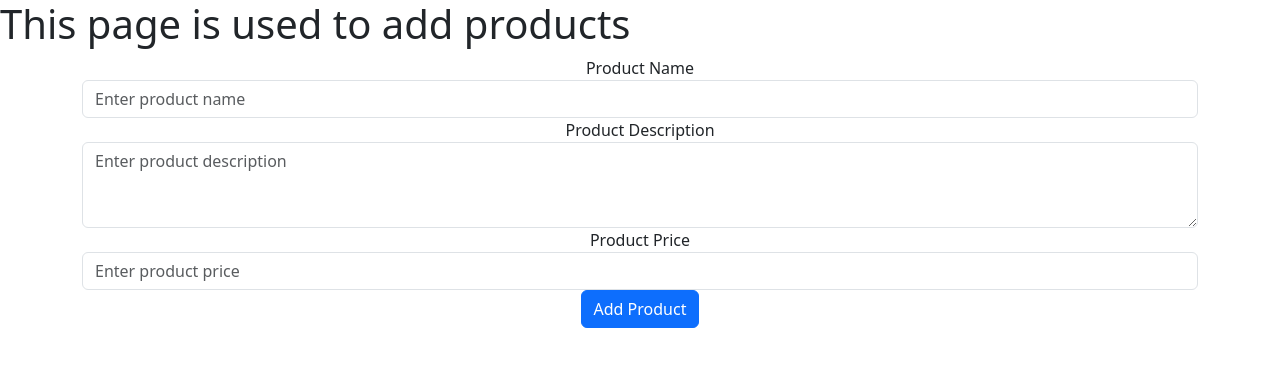
Repository: Rahulpanchal16/springMVCcrud
Page: http://localhost/SpringCRUDproject/WEB-INF/views/add_product_form.jsp
These files come from the project's save history. The page is drawn as it stood at one moment and after the next save; the edit follows.
The browser window is 1280 px wide. The pictures show the whole page.
The page is served by Tomcat 9. Nobody is signed in. The template is opened directly, without the code that normally fills it, so the values that code supplies are empty.

Above is the page before, as saved 2023-04-10 08:51:00.

After the next save:
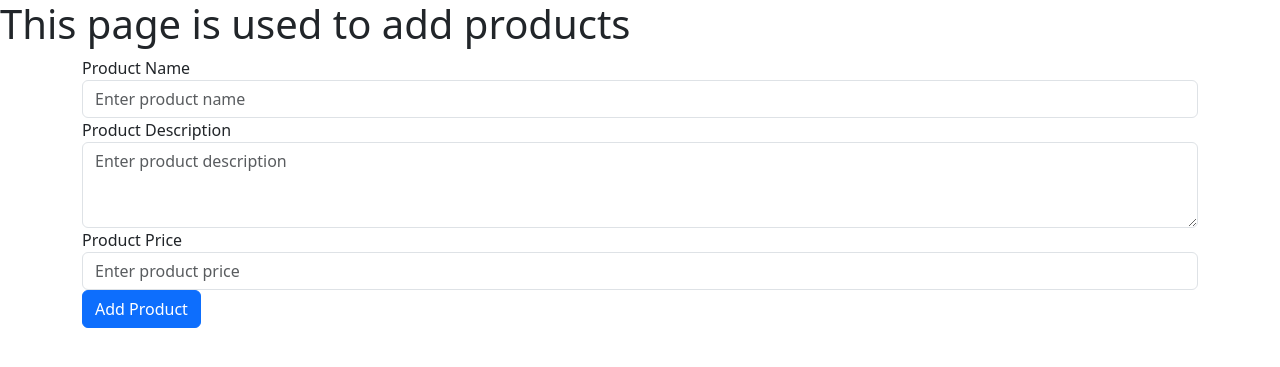
Saved 30 s later.
--- a/SpringCRUDproject/src/main/webapp/WEB-INF/views/add_product_form.jsp
+++ b/SpringCRUDproject/src/main/webapp/WEB-INF/views/add_product_form.jsp
@@ -8,7 +8,7 @@
 </head>
 <body>
 	<h1>This page is used to add products</h1>
-	<div class="container text-center">
+	<div class="container">
 	<form action="handleproduct" method="post">
   <div class="form-group">
     <label for="name">Product Name</label>
